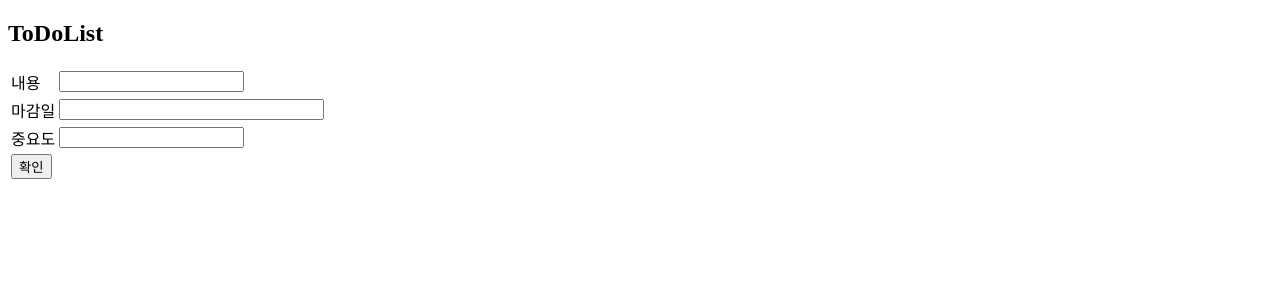
Repository: leesaereum/ToDoList
Page: http://localhost/ToDo/create.jsp
An editor plug-in stored every save of this project. The page is shown before and after the next save, followed by the edit.
The browser window is 1280 px wide. The pictures show the whole page.
The page is served by Tomcat 9. Other server files are loaded and not shown.

Above is the page before, as saved 2022-03-29 05:45:50.

### ToDo/src/main/webapp/create.jsp
<%@ page language="java" contentType="text/html; charset=UTF-8"
    pageEncoding="UTF-8"%>
<!DOCTYPE html>
<html>
<head>
<meta charset="UTF-8">
<title>ToDoList작성</title>
</head>
<body>

<h2>ToDoList</h2>
<table border="0">
	<form action="create_list.do" method="post">
		<tr>
			<td>내용</td>
			<td><input type="text" name="content" size="20"></td>
		</tr>
		<tr>
			<td>마감일</td>
			<td><input type="text" name="finishDate" size="30"></td>
		</tr>
		<tr>
			<td>중요도</td>
			<td><input type="text" name="isImportant" size="20"></td>
		</tr>

			<td colspan="2"><input type="submit" value="확인">
		</tr>

	</form>

</table>

</body>
</html>

After the next save:
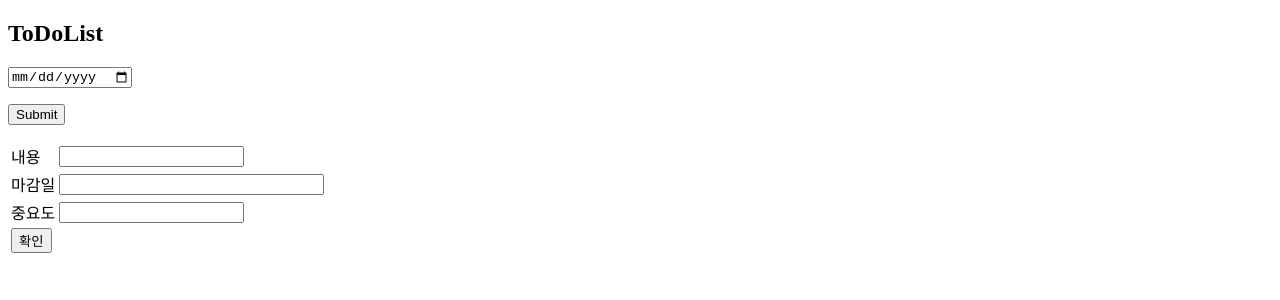
Saved 5 min 14 s later.
--- a/ToDo/src/main/webapp/create.jsp
+++ b/ToDo/src/main/webapp/create.jsp
@@ -27,6 +27,10 @@
 			<td colspan="2"><input type="submit" value="확인">
 		</tr>
 
+
+      <p><input type="date"></p>
+      <p><input type="submit" value="Submit"></p>
+
 	</form>
 
 </table>
